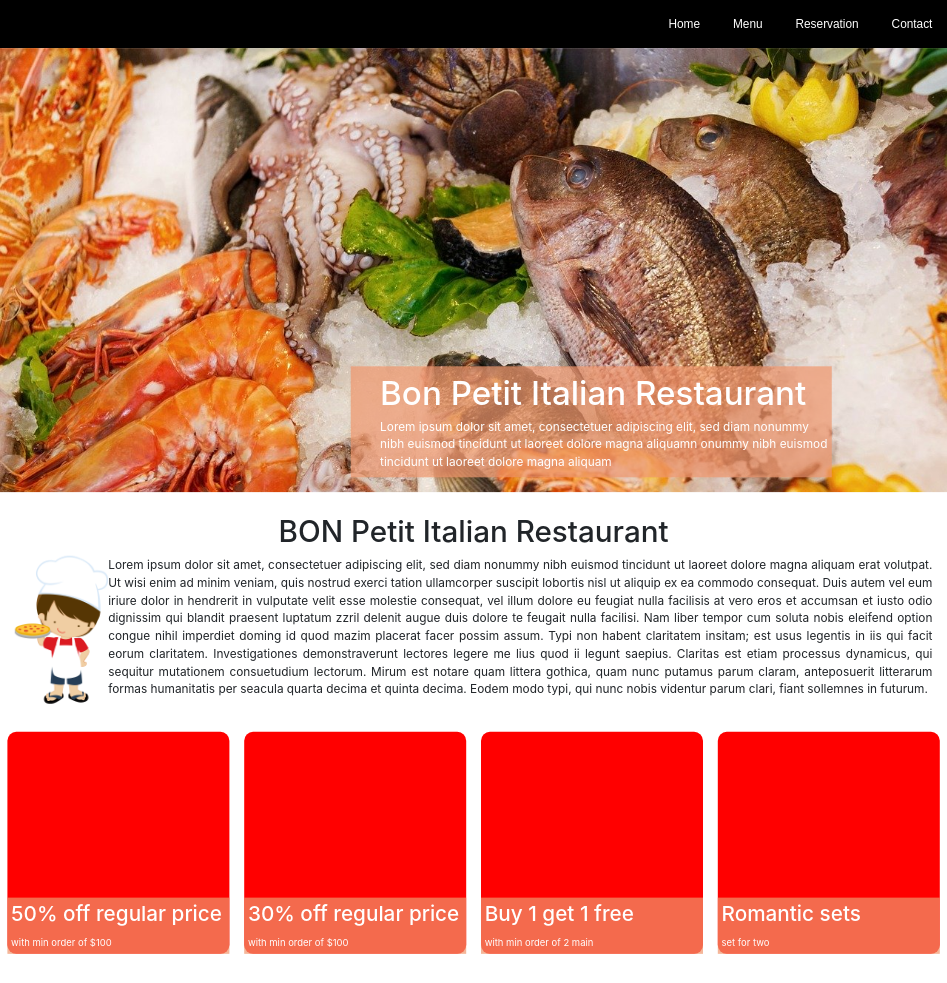
Repository: 4forces/HTML-CSS-LESSON
Page: mock-up-project.html
The author's editor kept a record of every edit. The page is drawn from the files as they stood at one moment, then again after the next edit.
The browser window is 1280 px wide. The pictures show the whole page, at 74% of full size.

Above is the page before.

### mock-up-project.html
<!doctype html>
<html lang="en">
  <head>
    <!-- Required meta tags -->
    <meta charset="utf-8">
    <meta name="viewport" content="width=device-width, initial-scale=1, shrink-to-fit=no">

    <!-- Bootstrap CSS -->
    <link rel="stylesheet" href="https://stackpath.bootstrapcdn.com/bootstrap/4.5.0/css/bootstrap.min.css" integrity="sha384-9aIt2nRpC12Uk9gS9baDl411NQApFmC26EwAOH8WgZl5MYYxFfc+NcPb1dKGj7Sk" crossorigin="anonymous">

    <link rel="stylesheet" href="styles/mock-up.css" type="text/css" />
    <title>Hello, world!</title>
  </head>
  <body>
    <header>
        <nav>
            <ul>
                <li><a href=''>Home</a></li>
                <li><a href=''>Menu</a></li>
                <li><a href=''>Reservation</a></li>
                <li><a href=''>Contact</a></li>
            </ul>
        </nav>
    </header>

    <div id="hero-image">
        <div>&nbsp</div>
        <div id='callout'>
            <h1>Bon Petit Italian Restaurant</h1>
            <p>Lorem ipsum dolor sit amet, consectetuer adipiscing elit,
            sed diam nonummy nibh euismod tincidunt ut laoreet dolore
            magna aliquamn onummy nibh euismod tincidunt ut laoreet dolore
            magna aliquam</p>
        </div>
    </div>

    <main id='section-about'>
        <h1>BON Petit Italian Restaurant</h1>
        <img src="images/boy_chef.png" alt=''/>
        <p>Lorem ipsum dolor sit amet, consectetuer adipiscing elit,
        sed diam nonummy nibh euismod tincidunt ut laoreet dolore
        magna aliquam erat volutpat. Ut wisi enim ad minim veniam,
        quis nostrud exerci tation ullamcorper suscipit lobortis nisl
        ut aliquip ex ea commodo consequat. Duis autem vel eum iriure
        dolor in hendrerit in vulputate velit esse molestie consequat,
        vel illum dolore eu feugiat nulla facilisis at vero eros et
        accumsan et iusto odio dignissim qui blandit praesent luptatum
        zzril delenit augue duis dolore te feugait nulla facilisi.
        Nam liber tempor cum soluta nobis eleifend option congue
        nihil imperdiet doming id quod mazim placerat facer possim
        assum. Typi non habent claritatem insitam; est usus legentis
        in iis qui facit eorum claritatem. Investigationes
        demonstraverunt lectores legere me lius quod ii legunt saepius.
        Claritas est etiam processus dynamicus, qui sequitur mutationem
        consuetudium lectorum. Mirum est notare quam littera gothica,
        quam nunc putamus parum claram, anteposuerit litterarum formas
        humanitatis per seacula quarta decima et quinta decima. Eodem
        modo typi, qui nunc nobis videntur parum clari, fiant sollemnes
        in futurum.</p>

    </main>

    <!--section-promotion dishes-->
    <div id='section-promo'>
        <div class="promo-1 promo-frame">
            <div class='promo'>
                <h3>50% off regular price</h3>
                <small>with min order of $100</small>
            </div>
        </div>
        <div class="promo-2 promo-frame">
            <div class='promo'>
                <h3>30% off regular price</h3>
                <small>with min order of $100</small>
            </div>
        </div>
        <div class="promo-3 promo-frame">
            <div class='promo'>
                <h3>Buy 1 get 1 free</h3>
                <small>with min order of 2 main</small>
            </div>
        </div>
        <div class="promo-4 promo-frame">
            <div class='promo'>
                <h3>Romantic sets</h3>
                <small>set for two</small>
            </div>
        </div>

    </div>
    <!--reviews by customer    -->

    <!--reservation form-->

    <!--footer to social media-->

    <!-- Optional JavaScript -->
    <!-- jQuery first, then Popper.js, then Bootstrap JS -->
    <script src="https://code.jquery.com/jquery-3.5.1.slim.min.js" integrity="sha384-DfXdz2htPH0lsSSs5nCTpuj/zy4C+OGpamoFVy38MVBnE+IbbVYUew+OrCXaRkfj" crossorigin="anonymous"></script>
    <script src="https://cdn.jsdelivr.net/npm/popper.js@1.16.0/dist/umd/popper.min.js" integrity="sha384-Q6E9RHvbIyZFJoft+2mJbHaEWldlvI9IOYy5n3zV9zzTtmI3UksdQRVvoxMfooAo" crossorigin="anonymous"></script>
    <script src="https://stackpath.bootstrapcdn.com/bootstrap/4.5.0/js/bootstrap.min.js" integrity="sha384-OgVRvuATP1z7JjHLkuOU7Xw704+h835Lr+6QL9UvYjZE3Ipu6Tp75j7Bh/kR0JKI" crossorigin="anonymous"></script>
  </body>
</html>

### styles/mock-up.css
body{
    margin : 0;
    padding: 0;
}
/*Navbar */
nav ul {
    background-color: black;
    margin:0;
    padding:0;
    text-align: right;
}
nav li {
    display: inline-block ; /* block inline inline-block flex... */
    padding : 20px;
}
nav  a{
    text-decoration: none;
    color : white;
    cursor: crosshair;
    font-family: 'Montserrat', sans-serif;

}
/*end of navbar */
#hero-image {
    height: 600px;
    background-image: url(../images/seafood-banner.jpg);
    background-repeat: no-repeat;
    background-position: 60% 0%;
    background-size: cover;
    position: relative;

    display : flex;
    justify-content: space-around;
    align-items:flex-end;
}
#callout {
    width :650px;
    height: 150px;
    background-color: rgba(240, 151, 110, 0.7);
    padding-top : 10px;
    padding-left: 40px;
    padding-right: 5px;
    color : white;

    margin-bottom: 20px;
}
#callout h1 {
    font-size: 280%;
    margin-bottom: 5px;
}

/*section about*/
#section-about {
    padding: 30px 20px;
    text-align: center;
    min-height :300px;
}
#section-about img {
    height :200px;
    float : left;
}
#section-about p {
    text-align: justify;
}

/*#section-promo {*/
    /*padding: 30px 20px;*/
/*    height: 300px;*/
/*    display: inline-flex;*/
/*    justify-content:center;*/
/*}*/
#section-promo {
    min-height: 340px;
    display: flex;
    justify-content : space-around;
    flex-wrap : wrap;
}
#promo-1 {
    background-image: url(../images/smoked_duck_scallops_with_XO_sauce.jpg);
}
.promo-frame{
    background-position: center;
    background-repeat: no-repeat;
    background-size: cover;
    height: 300px;
    width : 300px;
    background-color: red;
    /*margin : 20px;*/
    border-radius: 12px;

    display : flex;
    align-items: flex-end;
}
.promo {
    padding : 5px;
    background-color: rgba(240, 151, 110, 0.7);
    color:white;
    width:100%;
}

After the next edit:
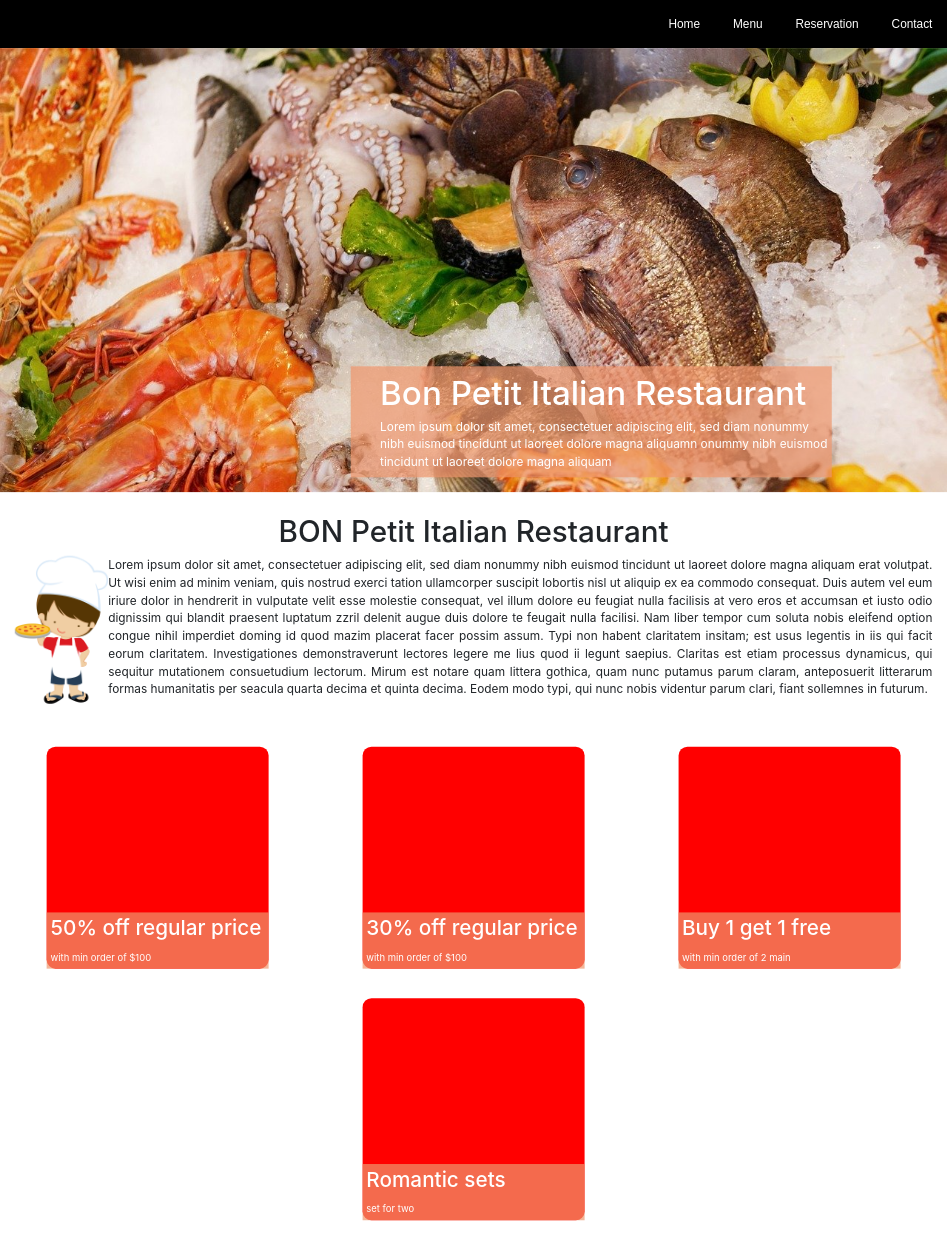
The edit:
--- a/styles/mock-up.css
+++ b/styles/mock-up.css
@@ -85,7 +85,7 @@
     height: 300px;
     width : 300px;
     background-color: red;
-    /*margin : 20px;*/
+    margin : 20px;
     border-radius: 12px;
 
     display : flex;
